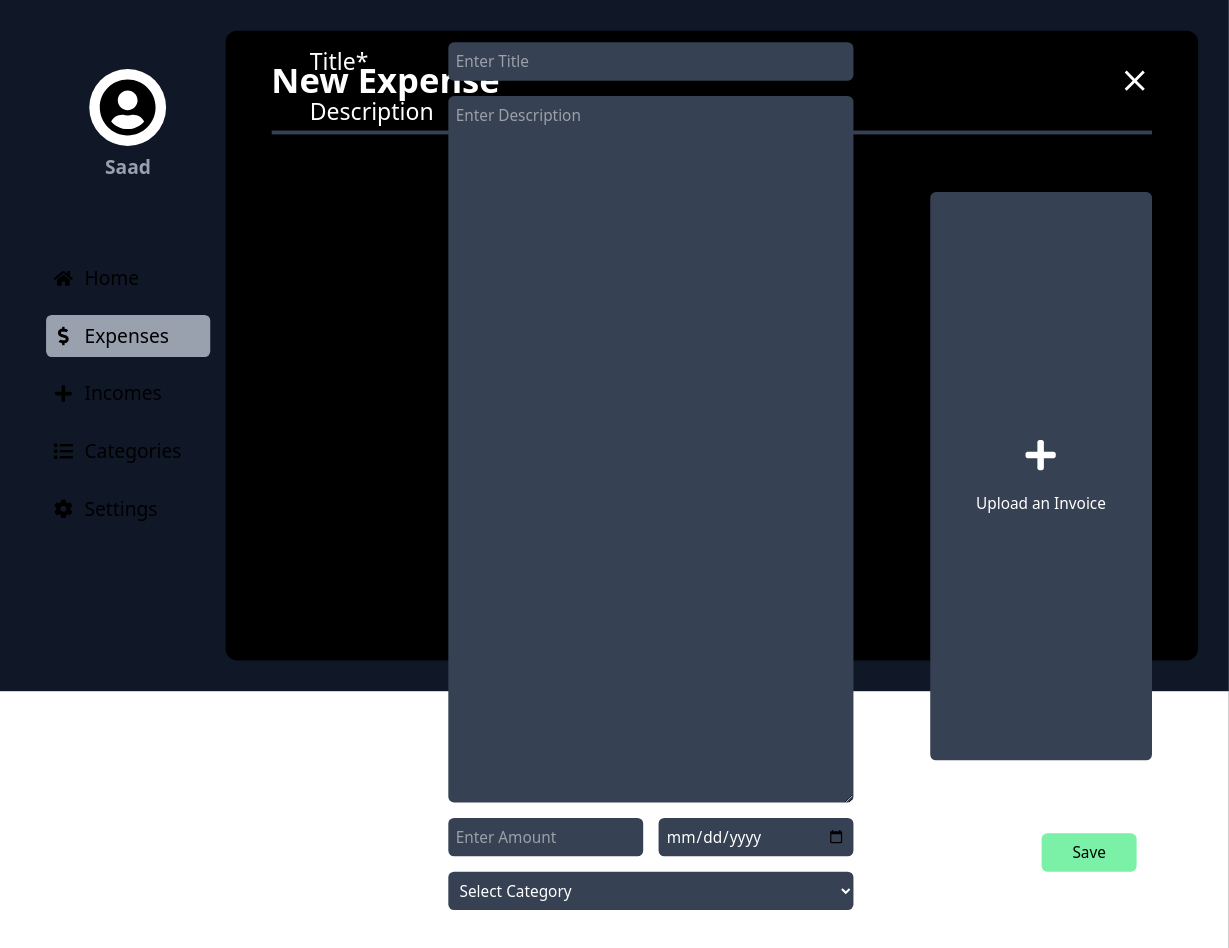
Repository: saad-naveed-brainx/Expense
Page: /expenses
The author's editor kept a copy of each file at every save. The page is drawn from the files as they stood at one save, then again after a run of saves.
The browser window is 1280 px wide. The pictures show the whole page, at 96% of full size.
The project was rebuilt for these pictures with package versions that can differ from the ones it lists, and the page was loaded fresh each time. Also part of the build but not shown: vite.config.js, src/components/LandingPage.jsx, src/components/NotUsed.jsx.

Above is the page before, as saved 2025-09-04 17:36:22.

### index.html
<!doctype html>
<html lang="en">
  <head>
    <meta charset="UTF-8" />
    <link rel="icon" type="image/svg+xml" href="/vite.svg" />
    <link rel="stylesheet" href="/src/index.css" />
    <meta name="viewport" content="width=device-width, initial-scale=1.0" />
    <title>Vite + React</title>
  </head>
  <body>
    <div id="root"></div>
    <script type="module" src="/src/main.jsx"></script>
  </body>
</html>

### src/index.css
@import "tailwindcss";
@variant dark (.dark &);

### src/main.jsx
import { createRoot } from "react-dom/client";
import { Provider } from "react-redux";
import store from "./redux/store.js";
import "./index.css";
import App from "./App.jsx";

createRoot(document.getElementById("root")).render(

    <Provider store={store}>
      <App />
    </Provider>
);

### src/redux/store.js
import {configureStore} from '@reduxjs/toolkit'
import expenseReducer from './ExpenseSlice'
import themeReducer from './ThemeSlics'

export default configureStore({
    reducer: {
        expense: expenseReducer,
        theme: themeReducer,
    },
})

### src/App.jsx

import { Route,createBrowserRouter,createRoutesFromElements,RouterProvider } from 'react-router-dom'
import RootLayout from './components/RootLayout'
import LandingPage from './components/LandingPage'
import Expenses from './components/Expenses'
import NotUsed from './components/NotUsed'

function App() {

  const router = createBrowserRouter(
    createRoutesFromElements(
      <Route path='/' element={<RootLayout />}>
        <Route index element={<LandingPage />} />
        <Route path='/expenses' element={<Expenses />} />
        <Route path='/incomes' element={<NotUsed pageName="Incomes" />} />
        <Route path='/categories' element={<NotUsed pageName="Categories" />} />
        <Route path='/settings' element={<NotUsed pageName="Settings" />} />
      </Route>
    )
  )

  return (
    <RouterProvider router={router} />
  )
}

export default App

### src/redux/ExpenseSlice.js
import {createSlice } from '@reduxjs/toolkit'
import { v4 as uuidv4 } from 'uuid'


const initialState = {
    expenses: [{
        id: uuidv4(),
        amount: 0,
        date: null,
        category: '',
        description: '',
    }],
}


const expenseSlice = createSlice({
    name: 'expenseSlice',
    initialState,
    reducers:{
        addExpense: (state, action) =>{
            const newExpense = {
                id: uuidv4(),
                amount: action.payload.amount,
                date: new Date().toISOString(),
                category: action.payload.category,
                description: action.payload.description,
                title: '',
            }
            state.expenses.push(newExpense)
        },
        deleteExpense: (state, action) =>{
            state.expenses = state.expenses.filter(expense => expense.id !== action.payload.id)
            },
        editExpense: (state, action) =>{
            const index = state.expenses.findIndex(expense => expense.id === action.payload.id)
            if(index !== -1){
                state.expenses[index] = action.payload
            }
        },
    }
})

export const { addExpense, deleteExpense, editExpense } = expenseSlice.actions
export default expenseSlice.reducer

### src/redux/ThemeSlics.js
import { createSlice } from '@reduxjs/toolkit'

const initialState = {
    isDarkMode: localStorage.getItem('isDarkMode')? JSON.parse(localStorage.getItem('isDarkMode')):true,
}

const themeSlice = createSlice({
    name: 'themeSlice',
    initialState,
    reducers: {
        toggleTheme: (state) => {
            state.isDarkMode = !state.isDarkMode;
            localStorage.setItem('isDarkMode', JSON.stringify(state.isDarkMode));
        }
    }
})

export const { toggleTheme } = themeSlice.actions;

export default themeSlice.reducer;

### src/components/RootLayout.jsx
import React from 'react'
import LeftSection from './LeftSection'

import { Outlet } from 'react-router-dom'

export default function RootLayout() {
  return (
    <div className="flex w-full h-screen p-8 bg-gray-900">
      <div className="w-1/6">
        <LeftSection />
      </div>
      <div className="w-5/6"> <Outlet /></div>
    </div>
  );
}

### src/components/Expenses.jsx
import React from 'react'
import { IoMdClose } from "react-icons/io";
import { FaPlus } from "react-icons/fa";
import { useForm } from "react-hook-form"

export default function Expenses() {
  const {
    register,
    handleSubmit,
    watch,
    formState: { errors },
  } = useForm()

  const onSubmit = (data) => console.log(data)


  return (
    <div className='bg-black rounded-xl p-4 h-full flex flex-col py-8 px-12 text-white gap-15'>
      <div className='flex flex-col gap-8'>
      <div className='flex items-center justify-between'>
        <h1 className='text-white text-4xl font-bold'>New Expense</h1>
        <button className='text-white'>
          <IoMdClose className='text-4xl' />
        </button>
      </div>
      <div className='w-full h-1 bg-gray-700'></div>
      </div>
      <div className='flex items-center justify-evenly h-full gap-10'>
        <div className='w-full'>
          <form className='p-10 flex flex-col gap-4' onSubmit={handleSubmit(onSubmit)}>
            <div className='flex gap-4 items-center'>
              <h1 className='text-2xl w-32 shrink-0'>Title*</h1>
              <input type="text" placeholder='Enter Title' className='bg-gray-700 rounded-md p-2 flex-1 min-w-0' {...register("title", {required:true})} />
            </div>
            <div className='flex gap-4 items-start'>
              <h1 className='text-2xl w-32 shrink-0'>Description</h1>
              <textarea rows="30" type="text" placeholder='Enter Description' className='bg-gray-700 rounded-md p-2 flex-1 min-w-0' {...register("description")} />
            </div>
            <div className='flex gap-4 items-center'>
              <h1 className='text-2xl w-32 shrink-0'>Amount*</h1>
              <input
                type="number"
                min={0}
                placeholder='Enter Amount'
                className='bg-gray-700 rounded-md p-2 flex-1 min-w-0 '
                {...register("amount", { required: true, min: 0, valueAsNumber: true })}
              />
              <input type="date"  placeholder='Select Date' className='bg-gray-700 rounded-md p-2 flex-1 min-w-0' {...register("date", {required:true})} />
            </div>
            <div className='flex gap-4 items-center'>
              <h1 className='text-2xl w-32 shrink-0'>Category*</h1>
              <select placeholder='Select Category' className='bg-gray-700 rounded-md p-2 flex-1 min-w-0' {...register("category", {required:true})}>
                <option className='text-gray-400' value="select">Select Category</option>
                <option value="food">Food</option>
                <option value="transport">Transport</option>
                <option value="housing">Housing</option>
                <option value="utilities">Utilities</option>
              </select>
            </div>
          </form>
        </div>
        <div className='bg-gray-700 rounded-md p-2 h-full w-full flex flex-col gap-5 items-center justify-center cursor-pointer'>
          <FaPlus className='text-4xl' />
          <h1>Upload an Invoice</h1>
        </div>
      </div>

      <div className='flex items-center justify-end p-4'>
          <button type='submit' className='bg-green-300 rounded-md p-2 text-black px-8 py-2
          '>Save</button>
      </div>
    </div>

  )
}

### src/components/LeftSection.jsx
import React from "react";
import { FaUserCircle } from "react-icons/fa";
import NavCard from "./NavCard";
import { FaHome, FaDollarSign, FaPlus, FaList, FaCog } from "react-icons/fa";

const navJson = [
  {
    path: "/",
    title: "Home",
    icon: FaHome,
  },
  {
    path: "/expenses",
    title: "Expenses",
    icon: FaDollarSign,
  },
  {
    path: "/incomes",
    title: "Incomes",
    icon: FaPlus,
  },
  {
    path: "/categories",
    title: "Categories",
    icon: FaList,
  },
  {
    path: "/settings",
    title: "Settings",
    icon: FaCog,
  },
];

export default function LeftSection() {
  return (
    <div className="flex flex-col items-center justify-center p-4 pt-10 gap-20">
      <div className="flex flex-col items-center justify-center gap-2">
        <div className="rounded-full bg-white w-20 h-20 flex items-center justify-center">
          <FaUserCircle className="text-black text-6xl" />
        </div>
        <div className="text-gray-400 text-xl font-bold">Saad</div>
      </div>
      <div className="flex flex-col items-center justify-center gap-4 w-full">
        {navJson.map((item) => (
          <NavCard
            key={item.title}
            title={item.title}
            path={item.path}
            icon={item.icon}
          />
        ))}
      </div>
    </div>
  );
}

### src/components/NavCard.jsx
import React from "react";
import { NavLink } from "react-router-dom";

export default function NavCard({ title, icon: Icon, path }) {
    return (
        <NavLink
            to={path}
            className={({ isActive }) => `flex items-center justify-start cursor-pointer gap-3 p-2 rounded-md w-full ${isActive ? 'bg-gray-400' : ''}`}
        >
            {({ isActive }) => (
                <>
                    <Icon className={`text-black text-xl dark:text-white`} />
                    <h1 className={`text-black text-xl dark:text-white`}>{title}</h1>
                </>
            )}
        </NavLink>
    )
}

After the next 2 saves:
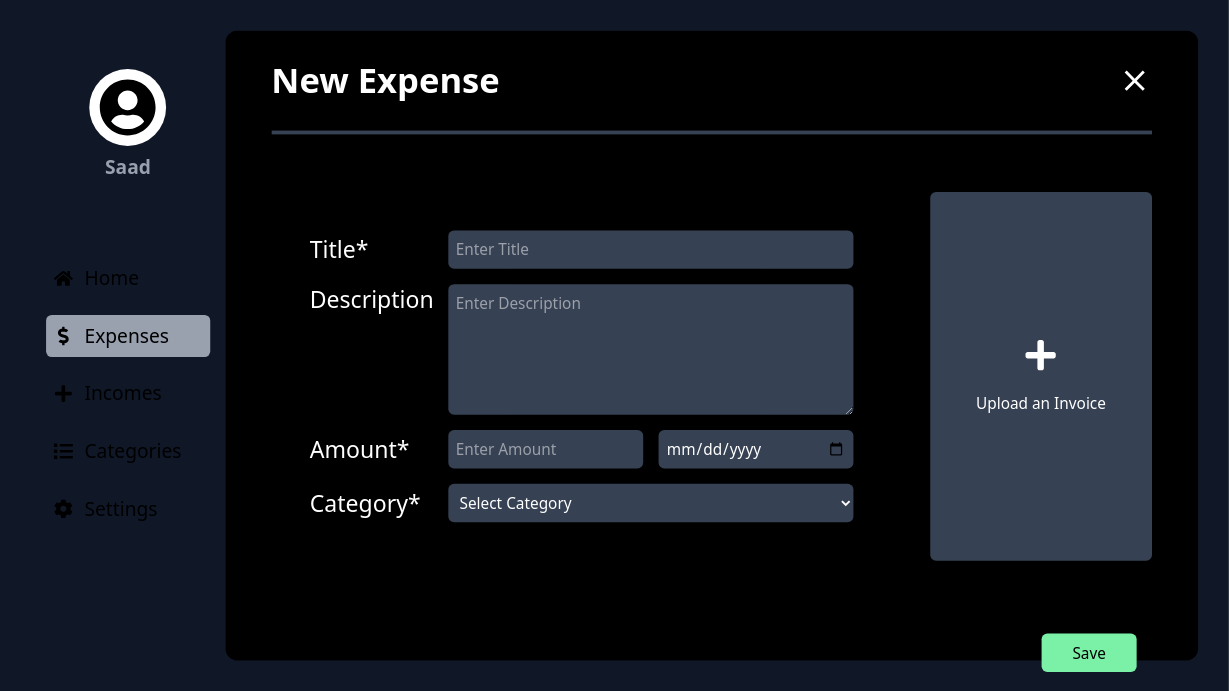
The 2 saves are shown as one change because they came seconds apart.
The last was saved 8 s later.
--- a/src/components/Expenses.jsx
+++ b/src/components/Expenses.jsx
@@ -34,7 +34,7 @@ export default function Expenses() {
             </div>
             <div className='flex gap-4 items-start'>
               <h1 className='text-2xl w-32 shrink-0'>Description</h1>
-              <textarea rows="30" type="text" placeholder='Enter Description' className='bg-gray-700 rounded-md p-2 flex-1 min-w-0' {...register("description")} />
+              <textarea rows="5" type="text" placeholder='Enter Description' className='bg-gray-700 rounded-md p-2 flex-1 min-w-0' {...register("description")} />
             </div>
             <div className='flex gap-4 items-center'>
               <h1 className='text-2xl w-32 shrink-0'>Amount*</h1>
